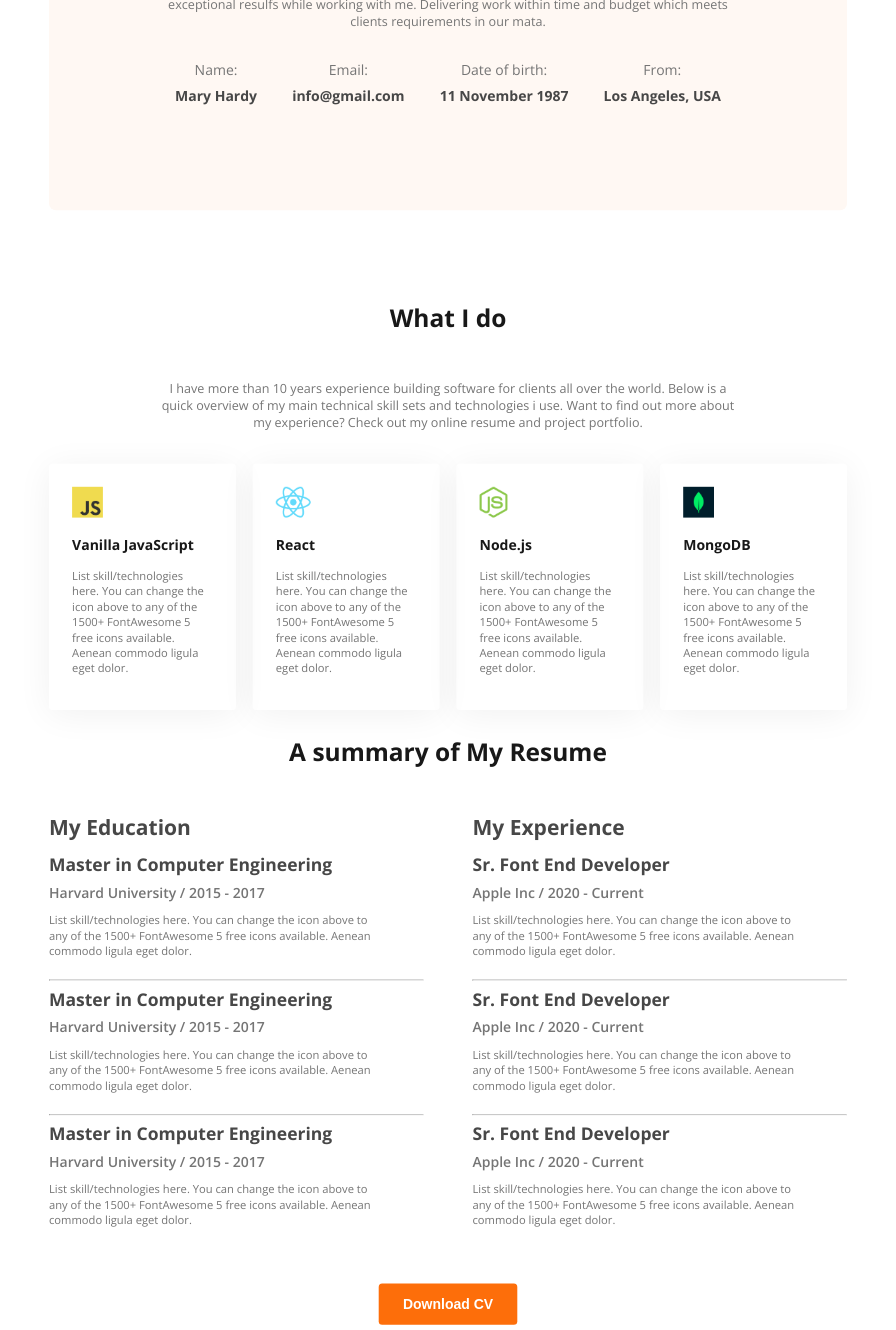
Repository: ShouravAhammed/Simple-Portfolio-Webpage
Page: index.html
An editor plug-in stored every save of this project. The page is shown before and after the next save, followed by the edit.
The browser window is 1280 px wide. The pictures show the part of the page from y = 1199 to 3119 px (the page is 3099 px tall before and 3119 px after), at 70% of full size.

Above is the page before, as saved 2024-01-06 03:29:01.

### index.html
<!DOCTYPE html>
<html lang="en">
<head>
    <meta charset="UTF-8">
    <meta name="viewport" content="width=device-width, initial-scale=1.0">
    <title>Mary</title>
    <link rel="stylesheet" href="index.css">
</head>
<body>
    <header class="header">
        <nav>
            <h3 class="nav-title">Ma<span class="text-primary">r</span>y</h3>
            <ul class="navber">
                <li><a href="">Portfolio</a></li>
                <li><a href="">Blog</a></li>
                <li><button class="btn-primary">Hire Me</button></li>
            </ul>
        </nav>
        <div class="banner">
            <div class="banner-content">
                <h3 class="banner-greeting">Hi, I  am</h3>
                <h1 class="banner-title">Mary Hardy</h1>
                <p class="banner-description">Shot what able cold new see hold.Friendly as an betrayed formerly he. Morning because as to society behaved moments.</p>
                <button class="btn-primary">Download</button>
                <button class="btn-primary">Contact</button>
            </div>
            <img class="profile-pic" src="images/hardy.png" alt="profile-pic">
        </div>
    </header>
    <main>
        <section class="about">
            <h3 class="section-title">About Me</h3>
            <p class="section-description">I, m a designer & developer with a passion for web design. I enjoy developing simple, clean and slick websites that provide real value to the end user. Thousands of clients have procured exceptional resulfs while working with me. Delivering work within time and budget which meets clients requirements in our mata.</p>
            <div class="about-info-container">
                <div class="about-info">
                    <h4 class="info-title">Name:</h4>
                    <p class="info-description">Mary Hardy</p>
                </div>
                <div class="about-info">
                    <h4 class="info-title">Email:</h4>
                    <p class="info-description">info@gmail.com</p>
                </div>
                <div class="about-info">
                    <h4 class="info-title">Date of birth:</h4>
                    <p class="info-description">11 November 1987</p>
                </div>
                <div class="about-info">
                    <h4 class="info-title">From:</h4>
                    <p class="info-description">Los Angeles, USA</p>
                </div>
            </div>
        </section>
        <!-- what i do section  -->
        <section>
            <h3 class="section-title">What I do</h3>
            <p id="what-i-do-description" class="section-description">I have more than 10 years experience building software for clients all over the world. Below is a quick overview of my main technical skill sets and technologies i use. Want to find out more about my experience? Check out my online resume and project portfolio.</p>
            <div class="skills-container">
                <div class="skills">
                    <img src="images/icons/js.png" alt="">
                    <h3 class="skills-title">Vanilla JavaScript</h3>
                    <p class="skills-description">List skill/technologies here. You can change the icon above to any of the 1500+ FontAwesome 5 free icons available. Aenean commodo ligula eget dolor.</p>
                </div>
                <div class="skills">
                    <img src="images/icons/react.png" alt="">
                    <h3 class="skills-title">React</h3>
                    <p class="skills-description">List skill/technologies here. You can change the icon above to any of the 1500+ FontAwesome 5 free icons available. Aenean commodo ligula eget dolor.</p>
                </div>
                <div class="skills">
                    <img src="images/icons/nodejs.png" alt="">
                    <h3 class="skills-title">Node.js</h3>
                    <p class="skills-description">List skill/technologies here. You can change the icon above to any of the 1500+ FontAwesome 5 free icons available. Aenean commodo ligula eget dolor.</p>
                </div>
                <div class="skills">
                    <img src="images/icons/mongo.png" alt="">
                    <h3 class="skills-title">MongoDB</h3>
                    <p class="skills-description">List skill/technologies here. You can change the icon above to any of the 1500+ FontAwesome 5 free icons available. Aenean commodo ligula eget dolor.</p>
                </div>
            </div>
        </section>
        <!-- Resume section -->
        <section>
            <h3 class="section-title">A summary of My Resume</h3>
            <div class="resume-container">
                <div class="resume-colum">
                    <h3 class="resume-column-title">My Education</h3>
                    <div class="resume-item">
                        <h3 class="resume-item-title">Master in Computer Engineering</h3>
                        <h4 class="resume-item-institute">Harvard University / 2015 - 2017</h4>
                        <p class="resume-item-description">List skill/technologies here. You can change the icon above
                            to any of the 1500+ FontAwesome 5 free icons available. Aenean commodo ligula eget dolor.</p>
                    </div>
                    <hr>
                    <div class="resume-item">
                        <h3 class="resume-item-title">Master in Computer Engineering</h3>
                        <h4 class="resume-item-institute">Harvard University / 2015 - 2017</h4>
                        <p class="resume-item-description">List skill/technologies here. You can change the icon above
                            to any of the 1500+ FontAwesome 5 free icons available. Aenean commodo ligula eget dolor.</p>
                    </div>
                    <hr>
                    <div class="resume-item">
                        <h3 class="resume-item-title">Master in Computer Engineering</h3>
                        <h4 class="resume-item-institute">Harvard University / 2015 - 2017</h4>
                        <p class="resume-item-description">List skill/technologies here. You can change the icon above
                            to any of the 1500+ FontAwesome 5 free icons available. Aenean commodo ligula eget dolor.</p>
                    </div>
                </div>
                <div class="resume-colum">
                    <h3 class="resume-column-title">My Experience</h3>
                    <div class="resume-item">
                        <h3 class="resume-item-title">Sr. Font End Developer</h3>
                        <h4 class="resume-item-institute">Apple Inc / 2020 - Current</h4>
                        <p class="resume-item-description">List skill/technologies here. You can change the icon above
                            to any of the 1500+ FontAwesome 5 free icons available. Aenean commodo ligula eget dolor.</p>
                    </div>
                    <hr>
                    <div class="resume-item">
                        <h3 class="resume-item-title">Sr. Font End Developer</h3>
                        <h4 class="resume-item-institute">Apple Inc / 2020 - Current</h4>
                        <p class="resume-item-description">List skill/technologies here. You can change the icon above
                            to any of the 1500+ FontAwesome 5 free icons available. Aenean commodo ligula eget dolor.</p>
                    </div>
                    <hr>
                    <div class="resume-item">
                        <h3 class="resume-item-title">Sr. Font End Developer</h3>
                        <h4 class="resume-item-institute">Apple Inc / 2020 - Current</h4>
                        <p class="resume-item-description">List skill/technologies here. You can change the icon above
                            to any of the 1500+ FontAwesome 5 free icons available. Aenean commodo ligula eget dolor.</p>
                    </div>
                </div>
            </div>
            <div class="download-cv">
                <button class="btn-primary">Download CV</button>
            </div>
        </section>

    </main>
    <footer>

    </footer>
</body>
</html>

### index.css
@import url('https://fonts.googleapis.com/css2?family=Lato:ital,wght@0,100;0,300;0,400;0,700;0,900;1,100;1,300;1,400;1,700;1,900&display=swap');
@import url('https://fonts.googleapis.com/css2?family=Open+Sans:ital,wght@0,300;0,400;0,500;0,600;0,700;0,800;1,300;1,400;1,500;1,600;1,700;1,800&display=swap');
/* google fonts import */
/* *{
    margin: 0;
    padding: 0;
    outline: 0;
} */
ul, ol{
    list-style: none;
}
body{
    font-family: 'Open Sans', sans-serif;
}
.text-primary{
    color: #FD6E0A;
}
.btn-primary{
    border-radius: 5px;
    color: #fff;
    background: #FD6E0A;
    font-size: 20px;
    font-weight: 700;
    padding: 18px 35px;
    border: 0;
}

/* nav related style */
nav{
    display: flex;
    justify-content: space-between;
    align-items: center;
    margin: 0 200px;
}
.nav-title{
    color: #181818;
    font-size: 45px;
    font-weight: 800;
}
nav > ul{
    display: flex;
    align-items: center;
}
nav li{
    margin-right: 50px;
}
nav a{
    text-decoration: none;
    color: #474747;
}
/* header related style */
.header{
    background: #FFF8F3;
    background-image: url(images/header_bg.png);
    background-position: bottom right;
    background-repeat: no-repeat;
}
.banner{
    display: flex;
    justify-content: space-between;
    padding: 30px 30px 0px 150px;
    align-items: center;
}
.banner-content{
    max-width: 580px;
}
.banner .profile-pic{
    width: 500px;
}
.banner-greeting{
    color: #474747;
    font-size: 45px;
    margin-bottom: 0;
}
.banner-title{
    color: #181818;
    font-size: 85px;
    font-weight: 700;
    margin-top: 5px;
    margin-bottom: 20px;
}
.banner-description{
    color: #575757;
    font-size: 18px;
    font-weight: 400;
    margin-bottom: 20px;
}
/* main part style */
main{
    max-width: 1140px;
    margin: 0 auto;
}
/* about part style */
.about{
    border-radius: 10px;
    background: #FFF8F3;
    margin: 130px 0px;
    padding: 130px 155px;
}
.section-title{
    color: #181818;
    text-align: center;
    font-size: 35px;
    font-weight: 700;
}
.section-description{
    color: #757575;
    text-align: center;
    font-size: 18px;
    font-weight: 400;
}
.about-info-container{
    display: flex;
    justify-content: space-around;
}
.about-info{
    text-align: center;
}
.info-title{
    color:  #757575;
    text-align: center;
    font-size: 20px;
    font-weight: 400;
    margin-bottom: 0px;
}
.info-description{
    color:#474747;
    font-size: 20px;
    font-weight: 700;
    margin-top: 10px;
}
#what-i-do-description{
    padding: 30px 150px;
}
/* what i do section style */
.skills-container{
    display: flex;
    gap: 24px;
}
.skills{
    border-radius: 5px;
    box-shadow: 0px 6px 50px 0px rgba(0, 0, 0, 0.06);
    padding: 33px
}
.skills-title{
    color: #181818;
    font-size: 20px;
    font-weight: 700;
}
.skills-description{
    color:#757575;
    font-size: 16px;
    font-weight: 400;
}
/* Resume sectionpart start */
.resume-container{
    display: flex;
    gap: 70px;
}
.resume-column-title{
    color:#474747;
    font-size: 30px;
    font-weight: 700;
    margin-bottom: 15px;
}
.resume-item-title{
    color: #474747;
    font-size: 25px;
    font-weight: 700;
    margin-top: 0px;
    margin-bottom: 10px;
}
.resume-item-institute{
    color: #757575;
    font-size: 20px;
    font-weight: 600;
    margin-top: 0px;
    margin-bottom: 15px;
}
.resume-item-description{
    color: #757575;
    font-size: 16px;
    font-weight: 400;
    margin-top: 10px;
    margin-bottom: 30px;
    padding-right: 50px;
}
.download-cv{
    text-align: center;
    margin-top: 50px;
}
.resume-item hr{
    background: #d1d1d1;
    height: 10px;
}

After the next save:
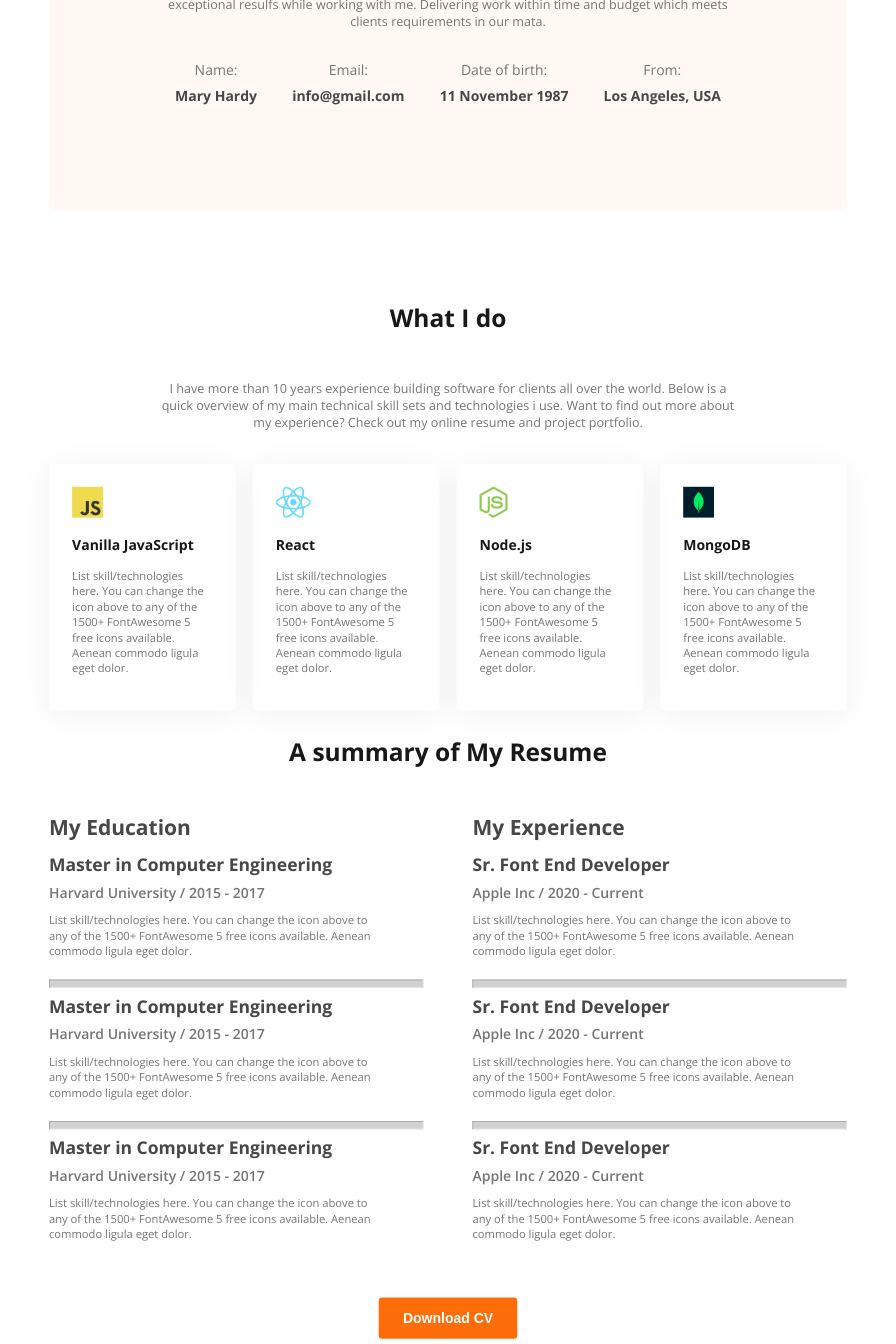
Saved 33 s later.
--- a/index.css
+++ b/index.css
@@ -189,7 +189,7 @@ main{
     text-align: center;
     margin-top: 50px;
 }
-.resume-item hr{
+.resume-container hr{
     background: #d1d1d1;
     height: 10px;
 }
